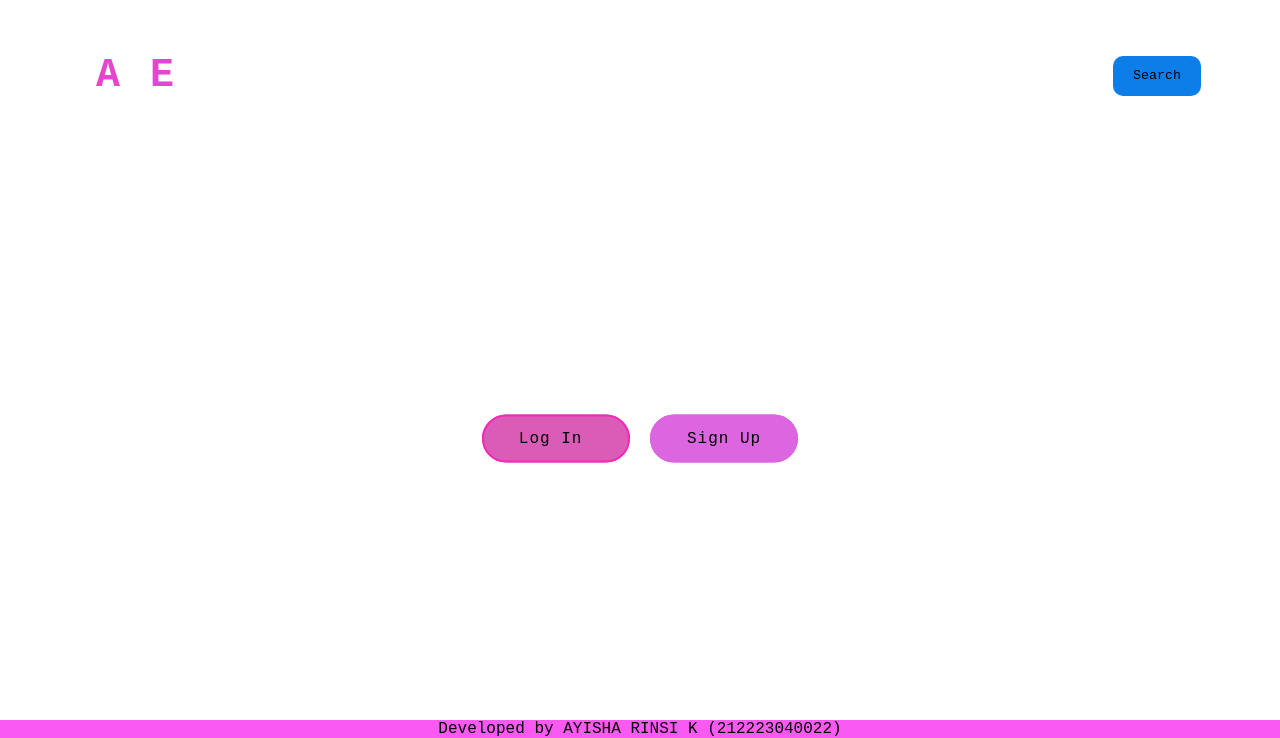
Repository: Oviya24032K6/softweb
Page: oviya/softapp/static/home.html
An editor plug-in stored every save of this project. The page is shown before and after the next save, followed by the edit.
The browser window is 1280 px wide. The pictures show the whole page.

Above is the page before, as saved 2024-04-27 13:37:25.
Not found: oviya/softapp/static/gr.avif

After the next save:
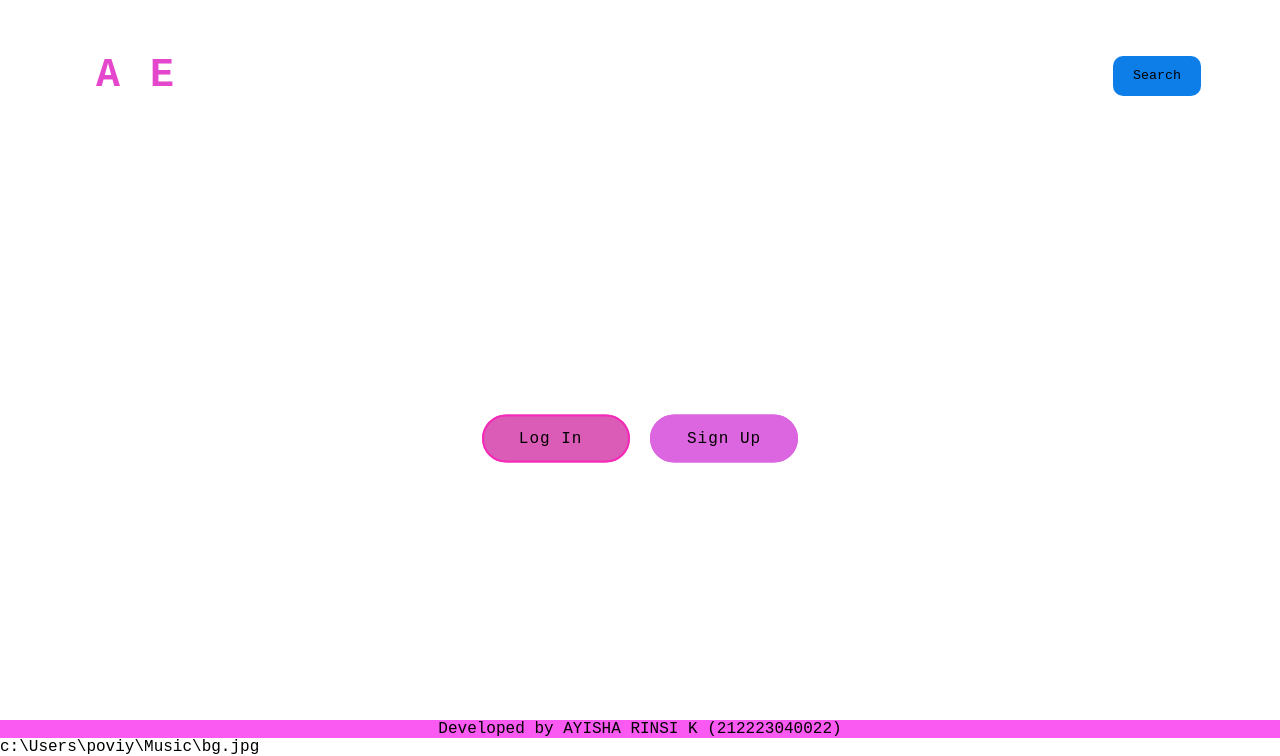
Saved 3 min 53 s later.
--- a/oviya/softapp/static/home.html
+++ b/oviya/softapp/static/home.html
@@ -177,4 +177,4 @@
         <center> Developed by AYISHA RINSI K (212223040022) </center>
     </footer>
 </body>
-</html>
+</html>c:\Users\poviy\Music\bg.jpg

After the save that followed:
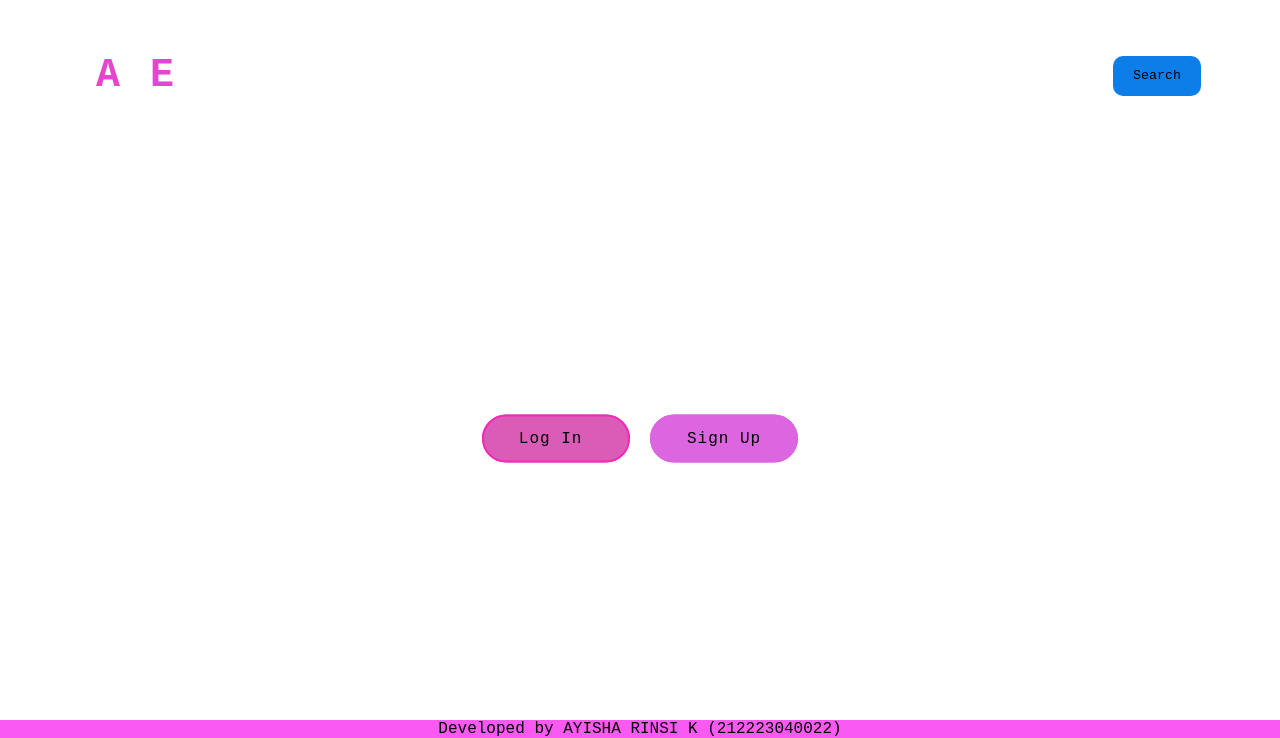
Saved 37 s later.
--- a/oviya/softapp/static/home.html
+++ b/oviya/softapp/static/home.html
@@ -177,4 +177,4 @@
         <center> Developed by AYISHA RINSI K (212223040022) </center>
     </footer>
 </body>
-</html>c:\Users\poviy\Music\bg.jpg
+</html>
